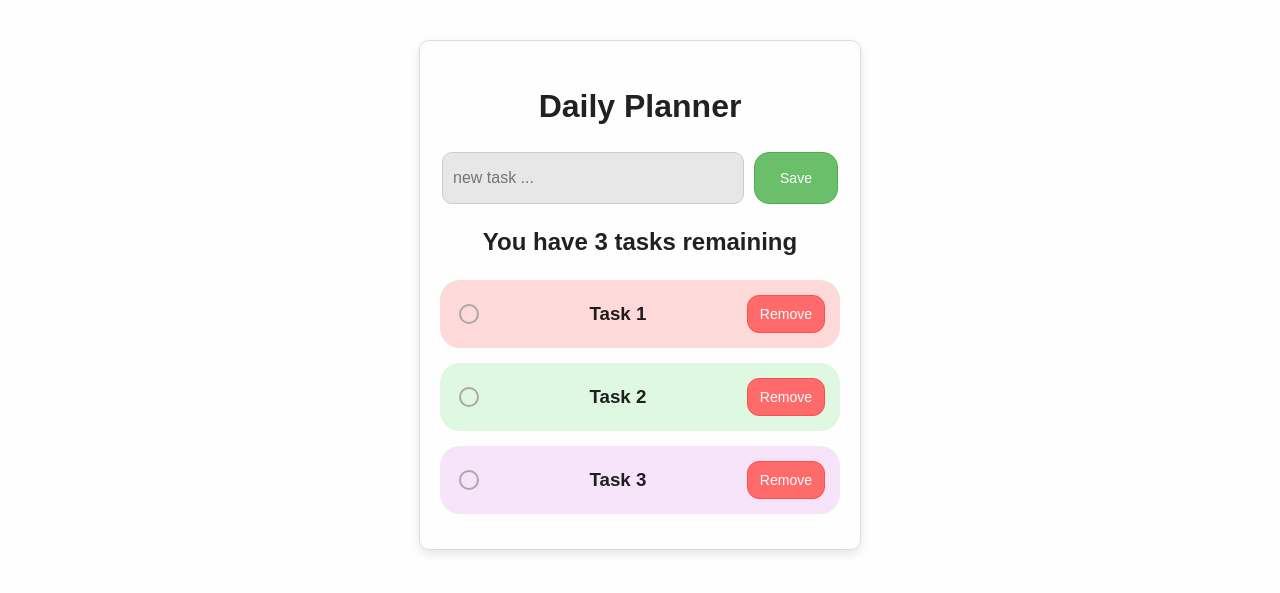
Repository: Zalida-Khan/Frontend-Lab4
Page: /
These files come from the project's save history. The page is drawn as it stood at one moment and after a run of saves; the edit follows.
The browser window is 1280 px wide. The pictures show the whole page.
The project was rebuilt for these pictures with package versions that can differ from the ones it lists, and the page was loaded fresh each time. Also part of the build but not shown: vite.config.js.

Above is the page before, as saved 2024-10-22 01:11:21.

After the next 2 saves:
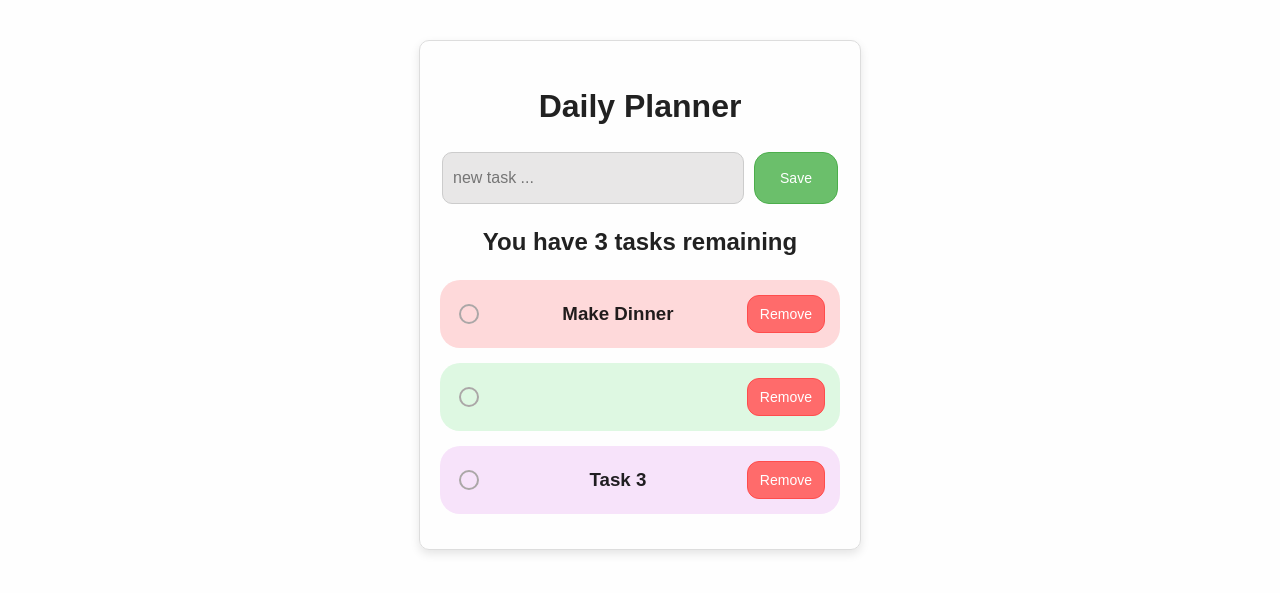
The 2 saves are shown as one change because they came seconds apart.
The last was saved 2 min 50 s later.
--- a/src/App.jsx
+++ b/src/App.jsx
@@ -5,8 +5,8 @@
 
 function App() {
   const [tasks, setTasks] = useState([
-    { id: 1, text: "Task 1", completed: false },
-    { id: 2, text: "Task 2", completed: false },
+    { id: 1, text: "Make Dinner", completed: false },
+    { id: 2, text: "", completed: false },
     { id: 3, text: "Task 3", completed: false },
   ]);
 
